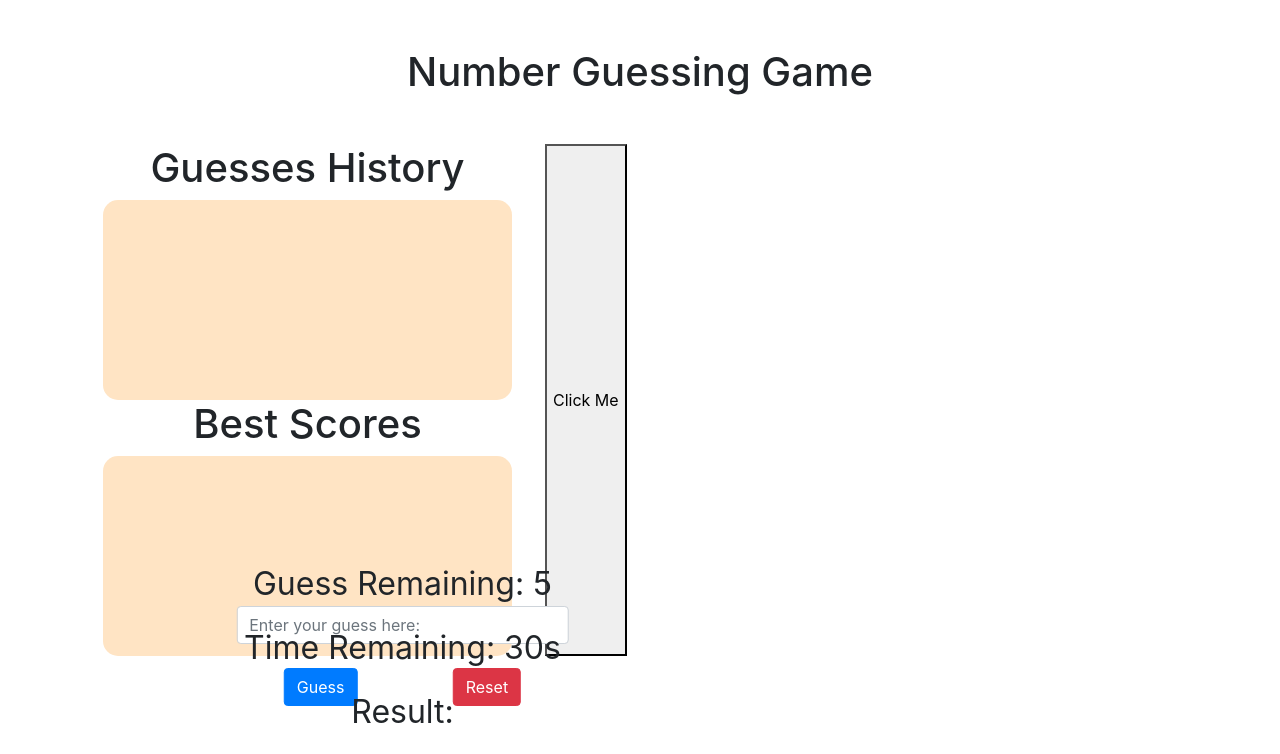
Repository: tts2610/NumberGuessingGame
Page: index.html
An editor plug-in stored every save of this project. The page is shown before and after a run of saves, followed by the edit.
The browser window is 1280 px wide. The pictures show the whole page.

Above is the page before, as saved 2020-05-13 12:45:08.

After the next 2 saves:
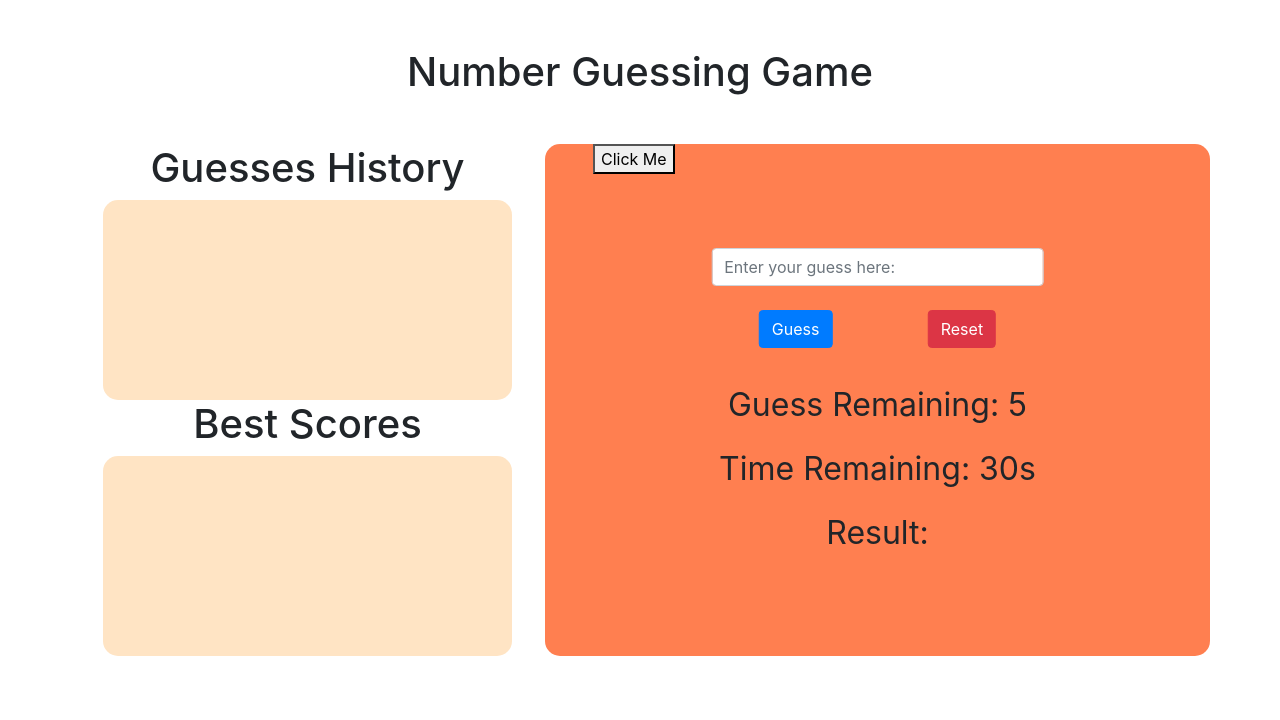
The 2 saves are shown as one change because they came seconds apart.
The last was saved 25 s later.
--- a/index.html
+++ b/index.html
@@ -30,8 +30,8 @@
                 <h1 style="text-align: center;">Best Scores</h1>
                 <div class="row box-2"></div>
             </div>
-            <button onclick="myFunction()">Click Me</button>
             <div class="col-7 right_handSide px-5" id="inputDiv">
+                <button onclick="myFunction()">Click Me</button>
                 <div class="customForm py-5">
                     <input type="number" class="form-control" id="guess" placeholder="Enter your guess here:">
                     <div class="submitBtn">
